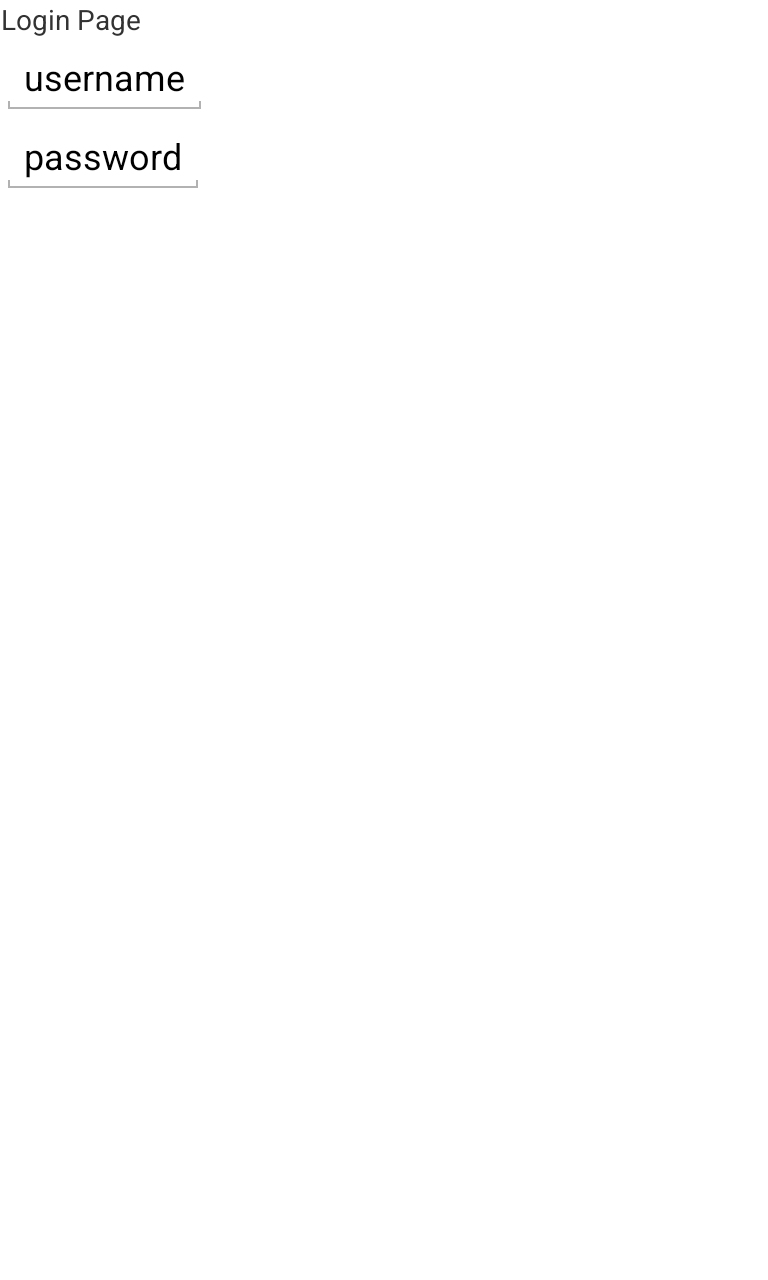
Repository: founderzhl/MarsAndroid
Layout: S01_E15_RelativeLayout02/res/layout/activity_main.xml
The author's editor kept a copy of each file at every save. The layout is drawn from the files as they stood at one save, then again after the next save.
It is drawn on a 768 x 1280 px phone screen (xhdpi) without system bars, with theme AppTheme; the app's code is not run.

Above is the layout before, as saved 2015-01-22 16:14:49.

After the next save:
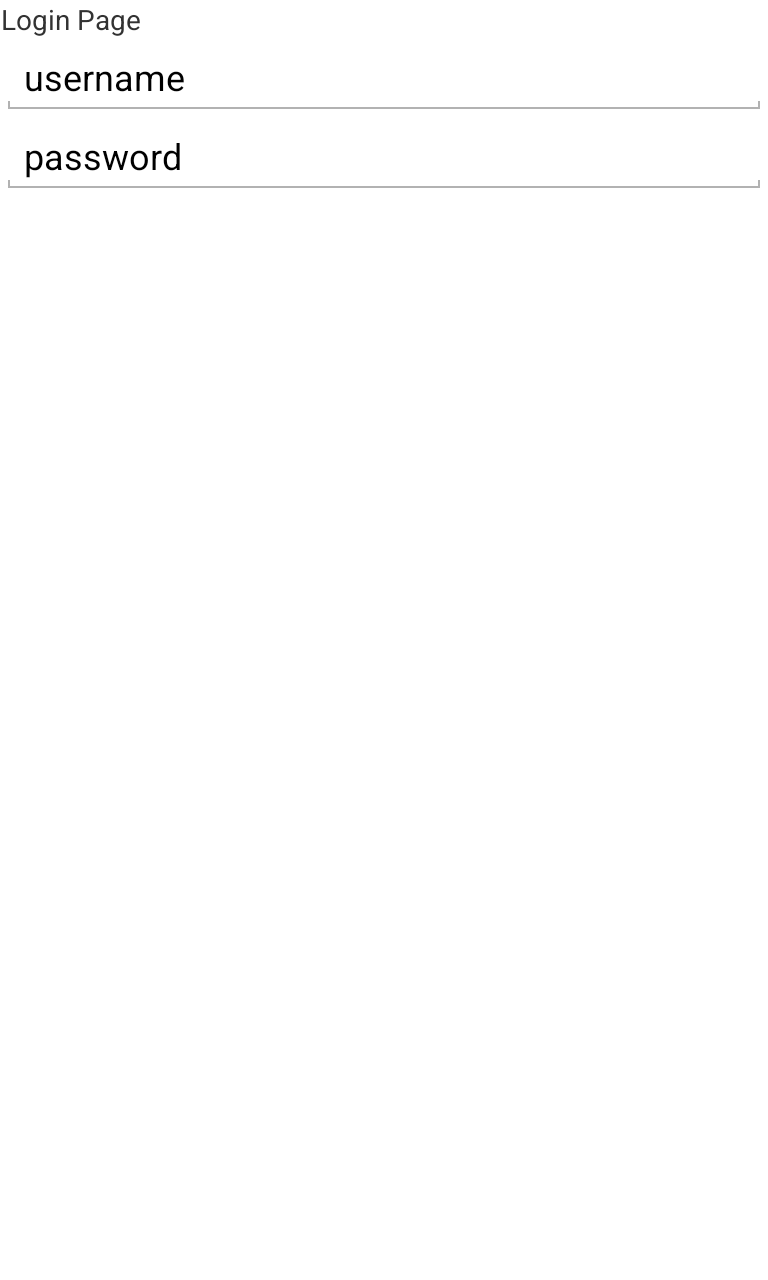
Saved 59 s later.
--- a/S01_E15_RelativeLayout02/res/layout/activity_main.xml
+++ b/S01_E15_RelativeLayout02/res/layout/activity_main.xml
@@ -15,12 +15,16 @@
         android:layout_width="wrap_content"
         android:layout_height="wrap_content"
         android:text="username"
-        android:layout_below="@id/labelView" />
+        android:layout_below="@id/labelView"
+        android:layout_alignParentLeft="true"
+        android:layout_alignParentRight="true" />
 
         <EditText
         android:id="@+id/passwordText"
         android:layout_width="wrap_content"
         android:layout_height="wrap_content"
         android:text="password"
-        android:layout_below="@id/usernameText"/>
+        android:layout_below="@id/usernameText"
+        android:layout_alignParentLeft="true"
+        android:layout_alignParentRight="true"/>
 </RelativeLayout>
